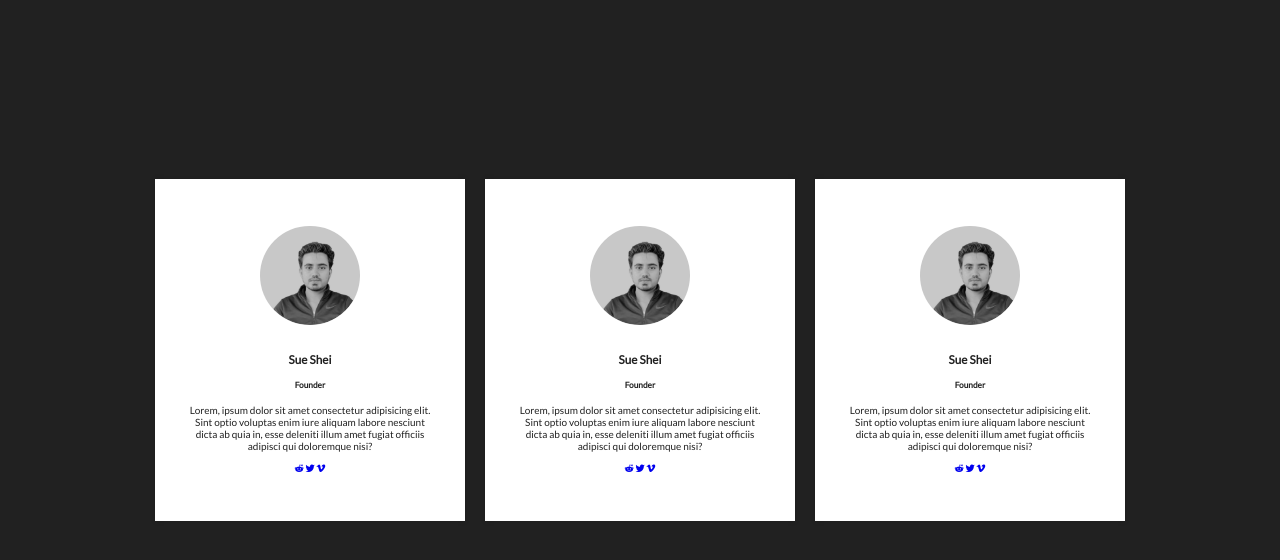
Repository: inzamamahmad3/30-Days-Of-CSS
Page: Day-1/index.html
These files come from the project's save history. The page is drawn as it stood at one moment and after the next save; the edit follows.
The browser window is 1280 px wide. The pictures show the whole page.

Above is the page before, as saved 2023-01-03 20:21:29.

### Day-1/index.html
<!DOCTYPE html>
<html lang="en">
  <head>
    <meta charset="UTF-8" />
    <meta http-equiv="X-UA-Compatible" content="IE=edge" />
    <meta name="viewport" content="width=device-width, initial-scale=1.0" />
    <title>Profile Cards</title>
    <link rel="stylesheet" href="styles.css" />
  </head>
  <body>
    <figure class="card">
      <div class="profile-image">
        <img src="profile.png" alt="" />
      </div>
      <figcaption>
        <h3>Sue Shei</h3>
        <h5>Founder</h5>
        <p>
          Lorem, ipsum dolor sit amet consectetur adipisicing elit. Sint optio
          voluptas enim iure aliquam labore nesciunt dicta ab quia in, esse
          deleniti illum amet fugiat officiis adipisci qui doloremque nisi?
        </p>
        <div class="icons">
          <a href="#"><i class="ion-social-reddit"></i></a>
          <a href="#"><i class="ion-social-twitter"></i></a>
          <a href="#"><i class="ion-social-vimeo"></i></a>
        </div>
      </figcaption>
    </figure>
    <figure class="card">
      <div class="profile-image">
        <img src="profile.png" alt="" />
      </div>
      <figcaption>
        <h3>Sue Shei</h3>
        <h5>Founder</h5>
        <p>
          Lorem, ipsum dolor sit amet consectetur adipisicing elit. Sint optio
          voluptas enim iure aliquam labore nesciunt dicta ab quia in, esse
          deleniti illum amet fugiat officiis adipisci qui doloremque nisi?
        </p>
        <div class="icons">
          <a href="#"><i class="ion-social-reddit"></i></a>
          <a href="#"><i class="ion-social-twitter"></i></a>
          <a href="#"><i class="ion-social-vimeo"></i></a>
        </div>
      </figcaption>
    </figure>
    <figure class="card">
      <div class="profile-image">
        <img src="profile.png" alt="" />
      </div>
      <figcaption>
        <h3>Sue Shei</h3>
        <h5>Founder</h5>
        <p>
          Lorem, ipsum dolor sit amet consectetur adipisicing elit. Sint optio
          voluptas enim iure aliquam labore nesciunt dicta ab quia in, esse
          deleniti illum amet fugiat officiis adipisci qui doloremque nisi?
        </p>
        <div class="icons">
          <a href="#"><i class="ion-social-reddit"></i></a>
          <a href="#"><i class="ion-social-twitter"></i></a>
          <a href="#"><i class="ion-social-vimeo"></i></a>
        </div>
      </figcaption>
    </figure>
  </body>
</html>

### Day-1/styles.css
@import url(https://fonts.googleapis.com/css?family=Lato);
@import url(https://fonts.googleapis.com/css?family=Oswald);
@import url(https://code.ionicframework.com/ionicons/2.0.1/css/ionicons.min.css);
body {
  background-color: #212121;
  height: 95vh;
  display: flex;
  align-items: center;
  justify-content: center;
  flex-wrap: wrap;
}
.card {
  font-family: "Lato", Arial, Helvetica, sans-serif;
  position: relative;
  display: inline-block;
  overflow: hidden;
  margin: 10px;
  min-width: 250px;
  max-width: 310px;
  width: 100%;
  background-color: #fff;
  color: #212121;
  text-align: center;
  font-size: 10px;
  box-shadow: 0 0 5px rgba(0, 0, 0, 0.15);
}

.card * {
  box-sizing: border-box;
  -webkit-box-sizing: border-box;
}
.card .profile-image {
  padding: 15% 10% 0;
}
.card .profile-image img {
  max-width: 100%;
  vertical-align: top;
  position: relative;
  border-radius: 50%;
  max-width: 40%;
}

.card figcaption {
  padding: 5% 10% 15%;
}

After the next save:
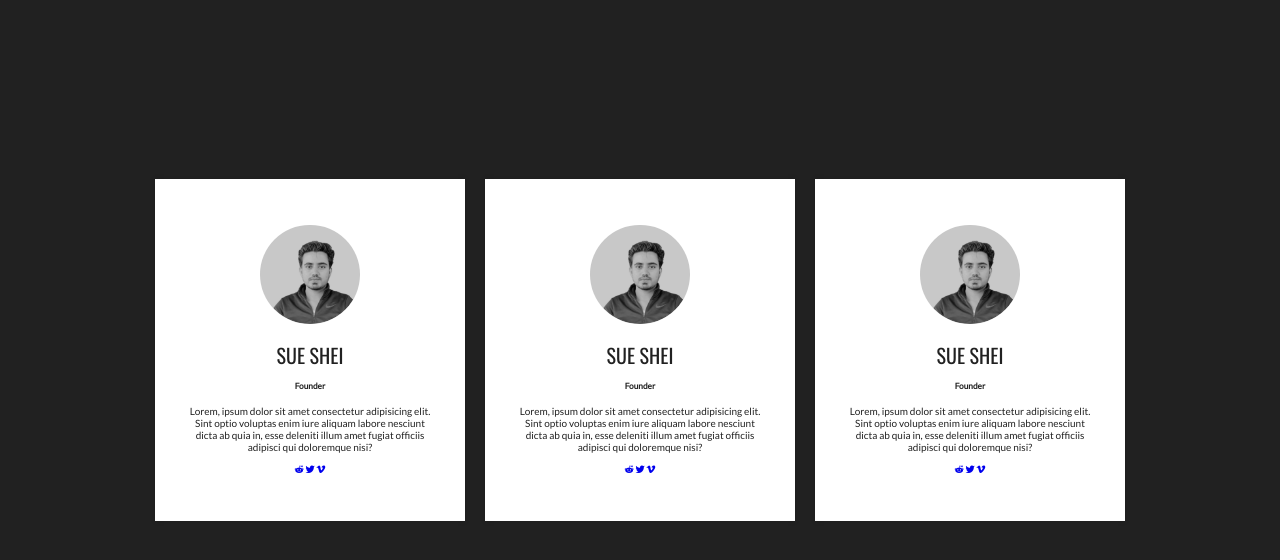
Saved 99 s later.
--- a/Day-1/styles.css
+++ b/Day-1/styles.css
@@ -43,3 +43,11 @@ body {
 .card figcaption {
   padding: 5% 10% 15%;
 }
+.card h3 {
+  font-family: "Oswald";
+  text-transform: uppercase;
+  font-size: 20px;
+  font-weight: 400;
+  line-height: 24px;
+  margin: 3px 0;
+}
